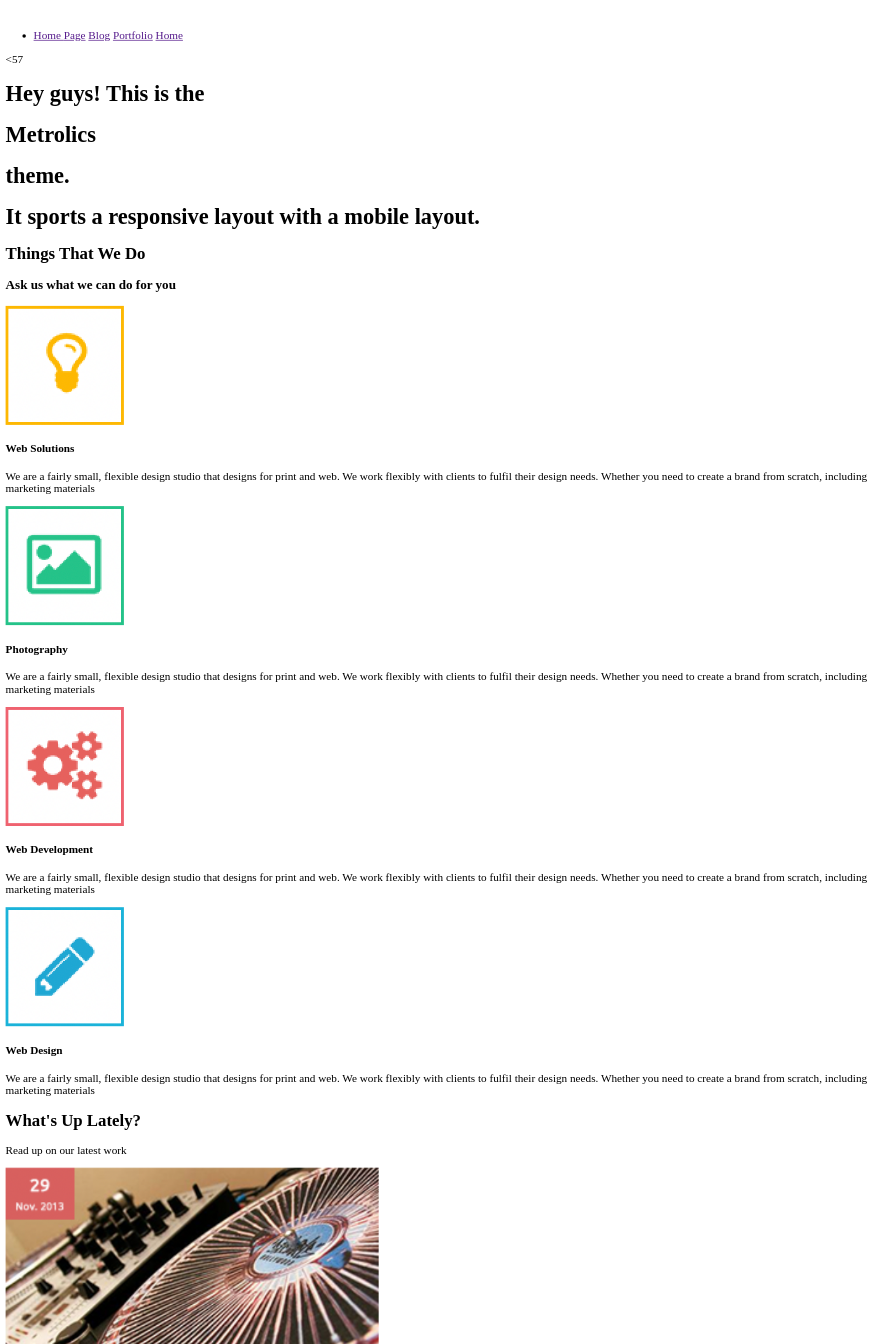
Repository: JerryWuOn/BCITPROJECT1-LAB-03B
Page: index.html
An editor plug-in stored every save of this project. The page is shown before and after the next save, followed by the edit.
The browser window is 1280 px wide. The pictures show the part of the page from y = 0 to 1920 px (the page is 9315 px tall before and 9281 px after), at 70% of full size.

Above is the page before, as saved 2023-01-27 18:05:26.

After the next save:
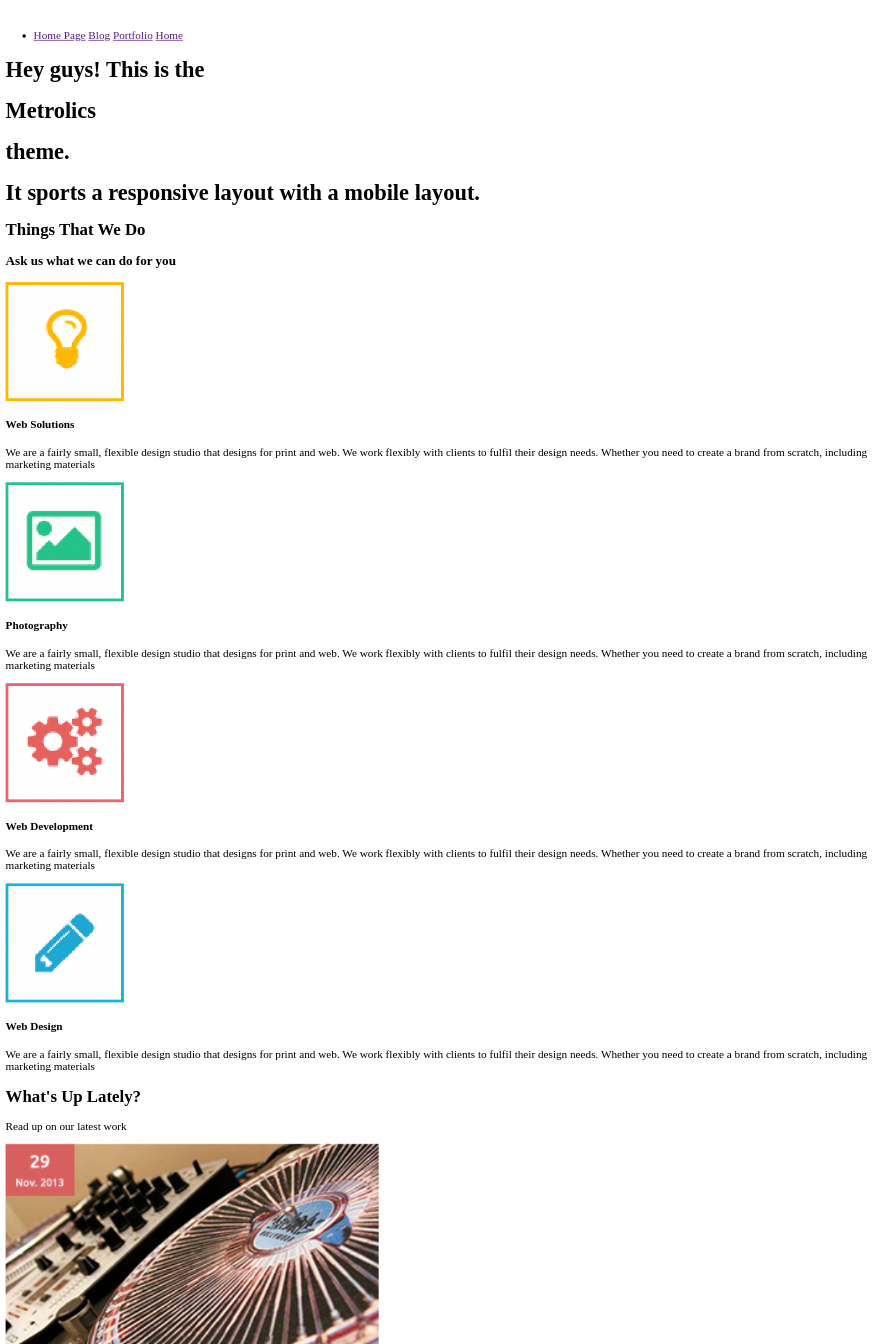
Saved 4 s later.
--- a/index.html
+++ b/index.html
@@ -22,7 +22,7 @@
         </ul>
       </section>
   </header>
-  <57</p></b>
+
 
       <div class="slide-show">
 
